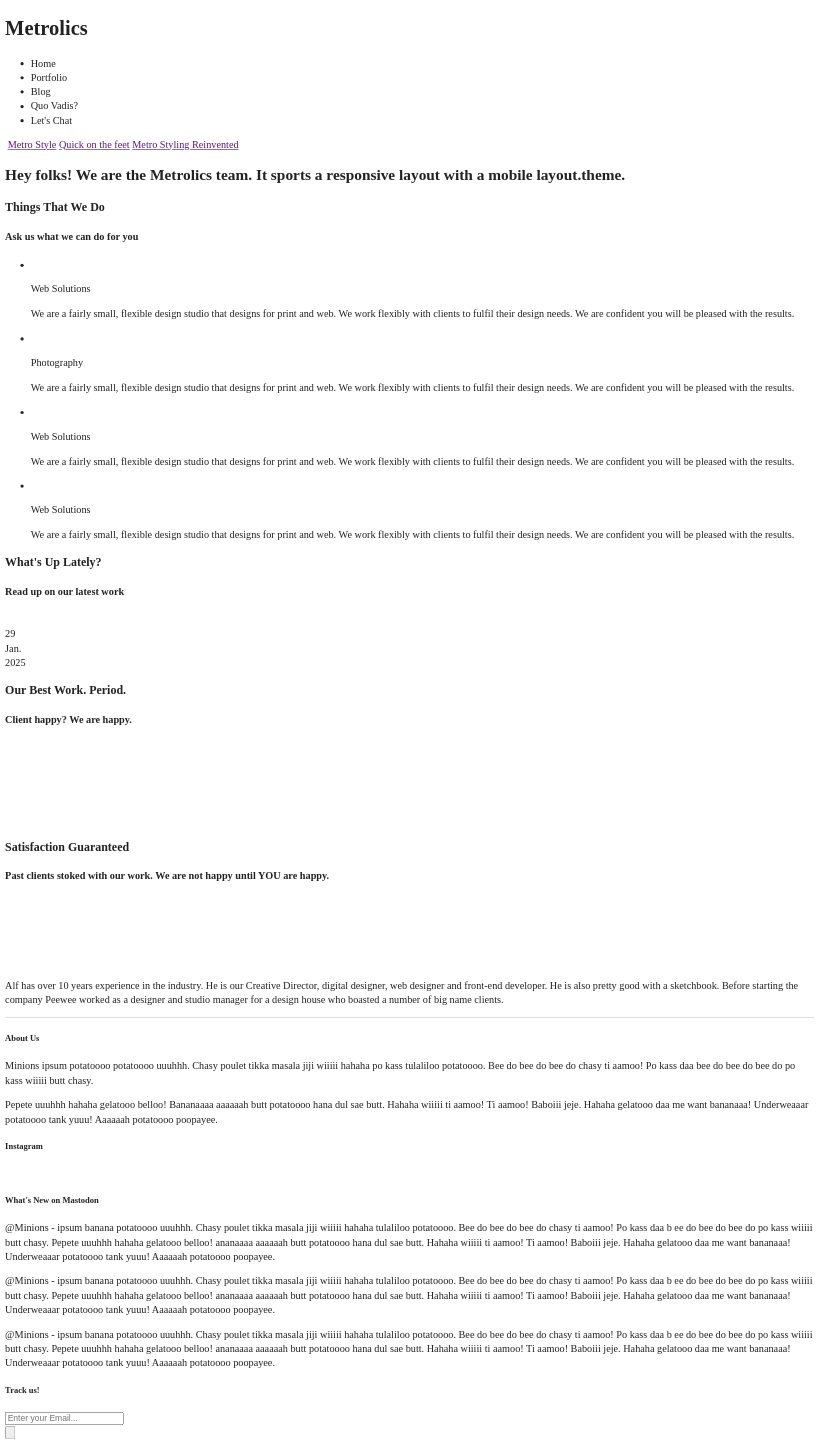
Repository: kaitlynlew/Lab02-Metrolics
Page: index.html
These files come from the project's save history. The page is drawn as it stood at one moment and after the next save; the edit follows.
The browser window is 1280 px wide. The pictures show the whole page, at 64% of full size.

Above is the page before, as saved 2025-01-25 19:24:17.

After the next save:
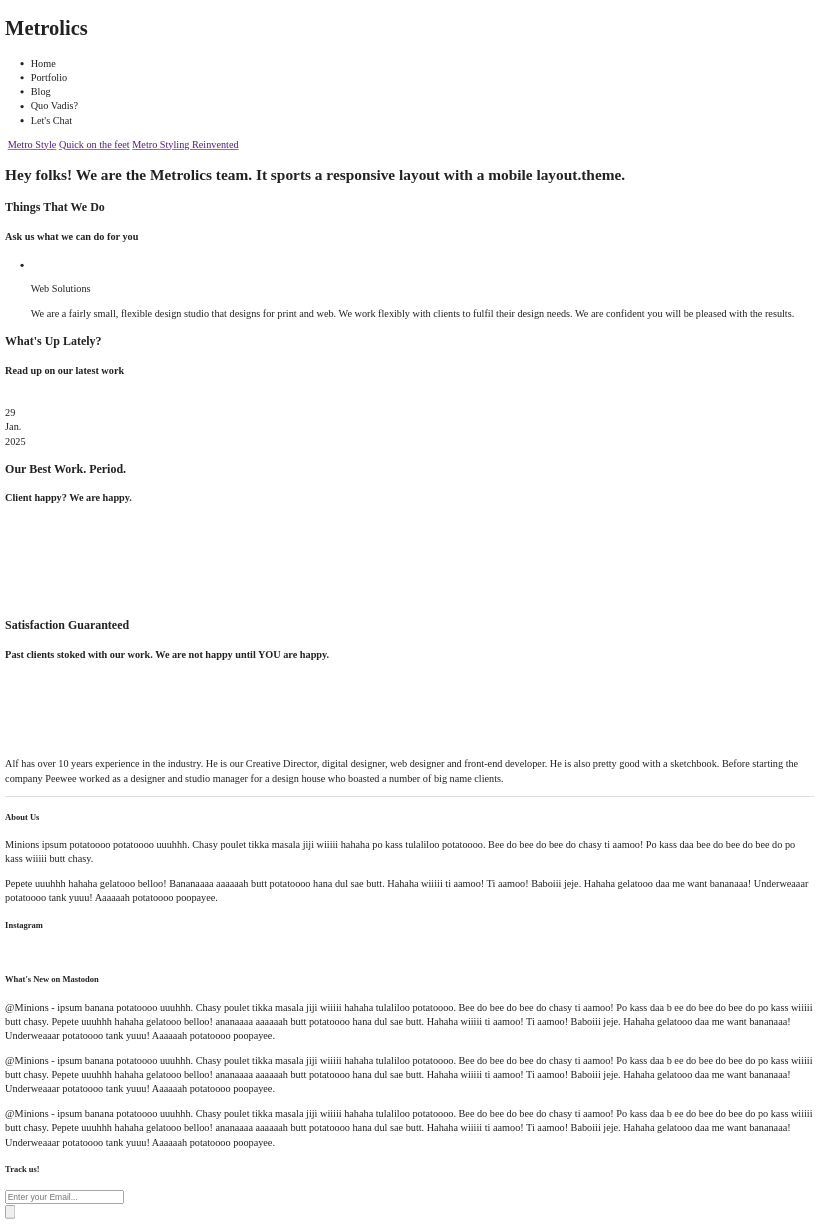
Saved 3 min 40 s later.
--- a/index.html
+++ b/index.html
@@ -52,35 +52,11 @@
     <section class="services">
       <h3 class="services__heading">Things That We Do</h3>
       <h4 class="services__subhead">Ask us what we can do for you</h4>
-      <div>
+      <div content="service__type">
         <ul>
           <li><img src="/" alt="">
-            <p class="services__content__title">Web Solutions</p>
-            <p class="services__content">We are a fairly small, flexible design studio that designs for print and web.
-              We work flexibly with
-              clients to fulfil their design needs. We are confident you will be pleased with the results.</p>
-          </li>
-        </ul>
-        <ul>
-          <li><img src="/" alt="">
-            <p class="services__content__title">Photography</p>
-            <p class="services__content">We are a fairly small, flexible design studio that designs for print and web.
-              We work flexibly with
-              clients to fulfil their design needs. We are confident you will be pleased with the results.</p>
-          </li>
-        </ul>
-        <ul>
-          <li><img src="/" alt="">
-            <p class="services__content__title">Web Solutions</p>
-            <p class="services__content">We are a fairly small, flexible design studio that designs for print and web.
-              We work flexibly with
-              clients to fulfil their design needs. We are confident you will be pleased with the results.</p>
-          </li>
-        </ul>
-        <ul>
-          <li><img src="/" alt="">
-            <p class="services__content__title">Web Solutions</p>
-            <p class="services__content">We are a fairly small, flexible design studio that designs for print and web.
+            <p>Web Solutions</p>
+            <p>We are a fairly small, flexible design studio that designs for print and web.
               We work flexibly with
               clients to fulfil their design needs. We are confident you will be pleased with the results.</p>
           </li>

After the 2 saves that followed:
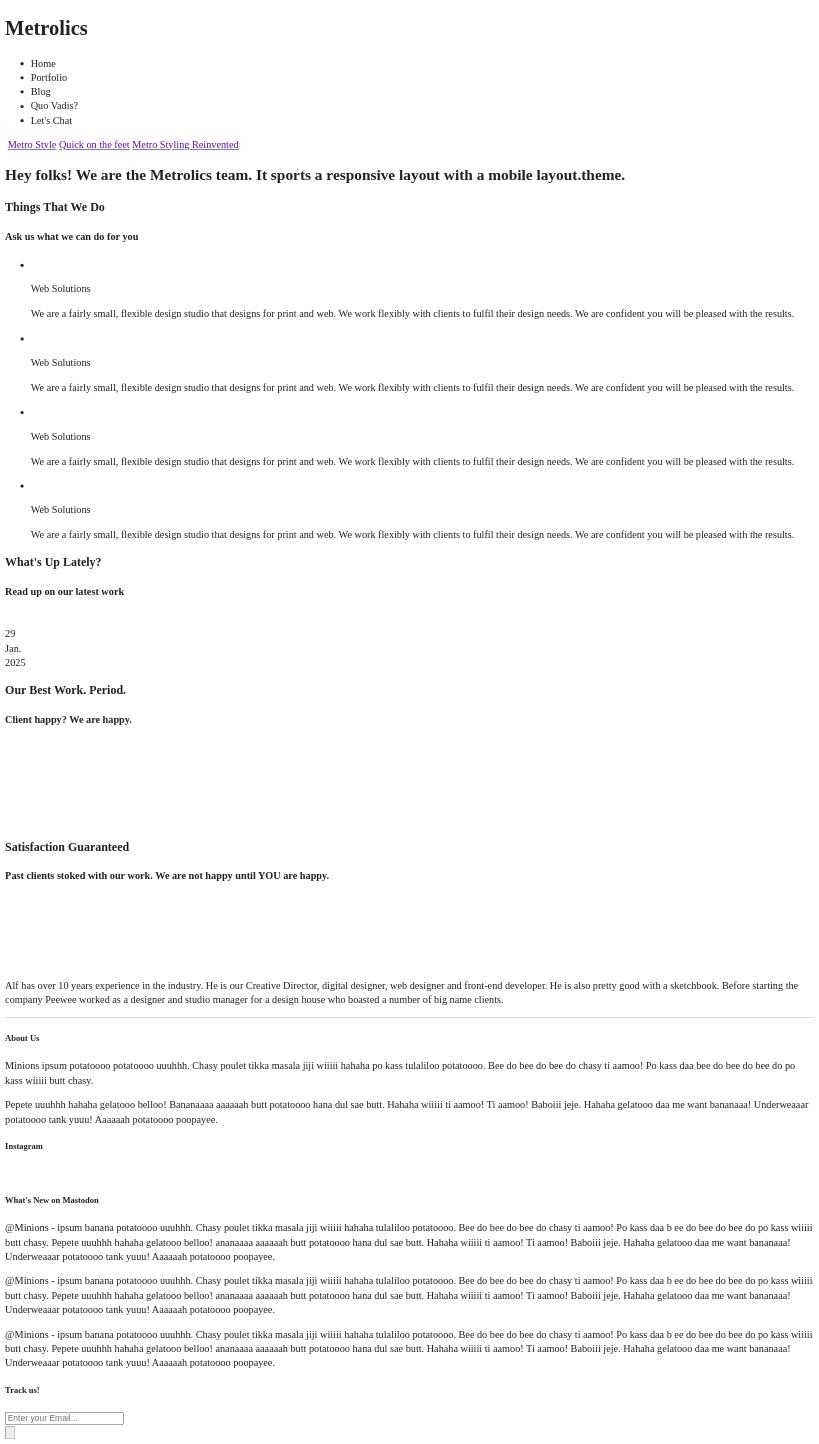
The 2 saves are shown as one change because 1 left the picture as it was.
The last was saved 52 s later.
--- a/index.html
+++ b/index.html
@@ -53,6 +53,30 @@
       <h3 class="services__heading">Things That We Do</h3>
       <h4 class="services__subhead">Ask us what we can do for you</h4>
       <div content="service__type">
+        <ul>
+          <li><img src="/" alt="">
+            <p>Web Solutions</p>
+            <p>We are a fairly small, flexible design studio that designs for print and web.
+              We work flexibly with
+              clients to fulfil their design needs. We are confident you will be pleased with the results.</p>
+          </li>
+        </ul>
+        <ul>
+          <li><img src="/" alt="">
+            <p>Web Solutions</p>
+            <p>We are a fairly small, flexible design studio that designs for print and web.
+              We work flexibly with
+              clients to fulfil their design needs. We are confident you will be pleased with the results.</p>
+          </li>
+        </ul>
+        <ul>
+          <li><img src="/" alt="">
+            <p>Web Solutions</p>
+            <p>We are a fairly small, flexible design studio that designs for print and web.
+              We work flexibly with
+              clients to fulfil their design needs. We are confident you will be pleased with the results.</p>
+          </li>
+        </ul>
         <ul>
           <li><img src="/" alt="">
             <p>Web Solutions</p>
